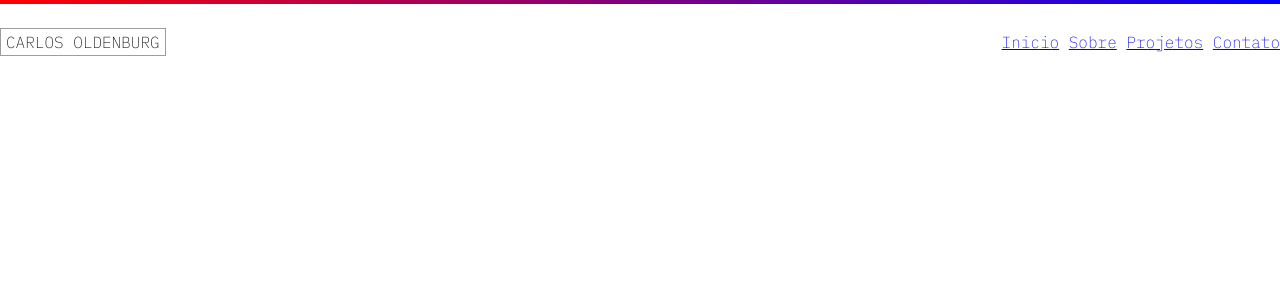
Repository: Carolden/PortfolioCrie
Page: index.html
An editor plug-in stored every save of this project. The page is shown before and after the next save, followed by the edit.
The browser window is 1280 px wide. The pictures show the whole page.

Above is the page before, as saved 2023-05-22 09:51:57.

After the next save:
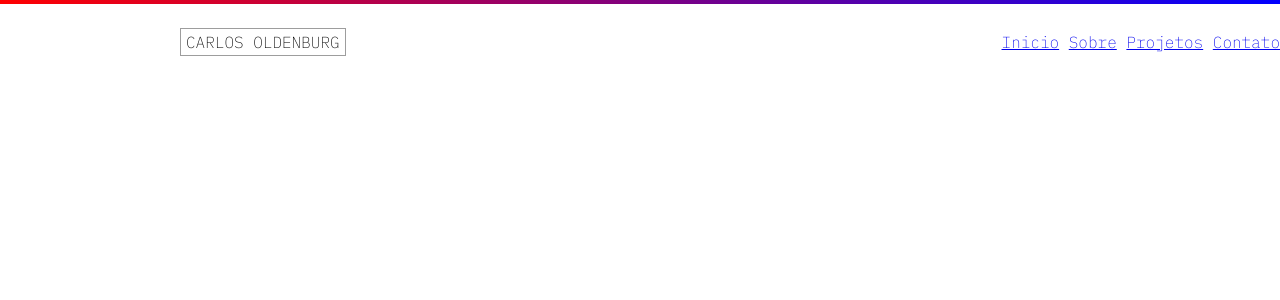
Saved 65 s later.
--- a/styles/components/name__box.css
+++ b/styles/components/name__box.css
@@ -1,4 +1,5 @@
 .name__box {
     border: 1px solid #9D9D9D;
     padding: 5px;
+    margin-left: 180px;
 }
